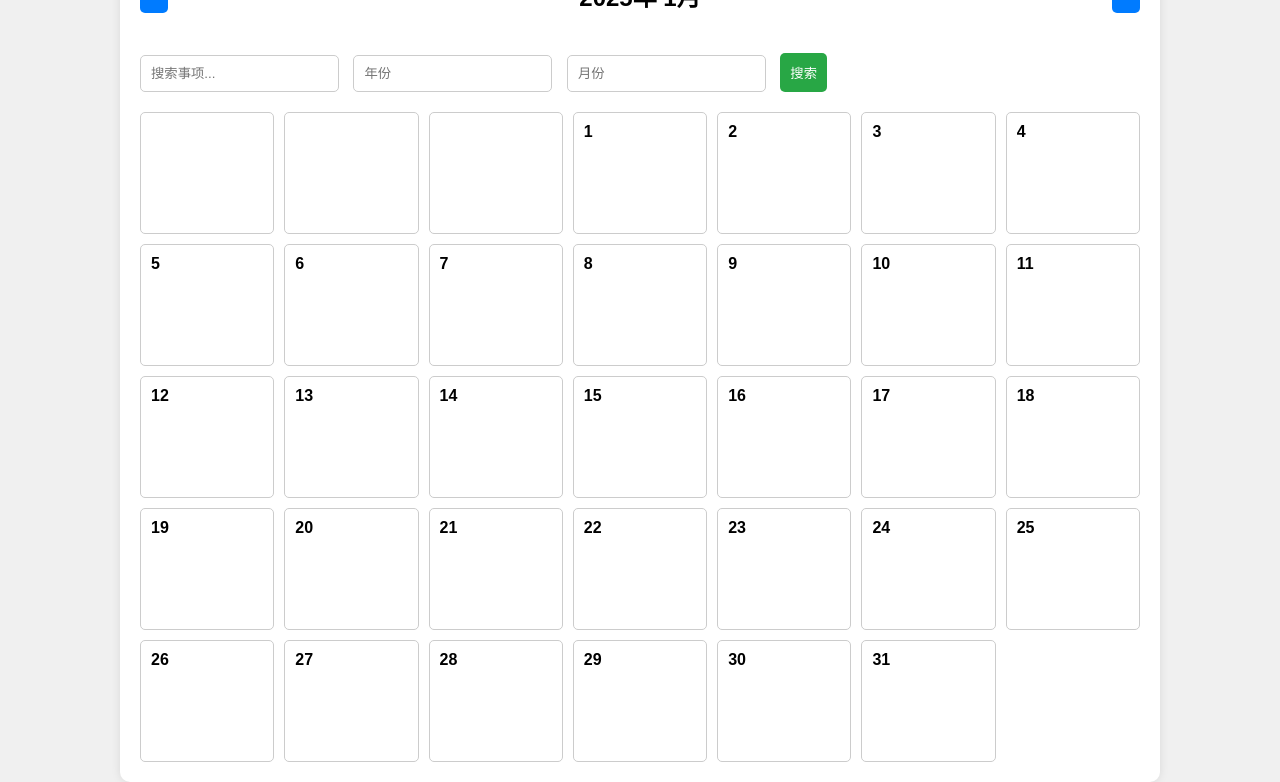
Repository: BUAAZFK/calendar_app
Page: http://localhost/
These files come from the project's save history. The page is drawn as it stood at one moment and after the next save; the edit follows.
The browser window is 1280 px wide. The pictures show the whole page.
The page is served by the project's application, run on Django 5.2 (manage.py). The database holds what the project's SQL file puts in it.

Above is the page before, as saved 2025-02-02 15:01:14.

After the next save:
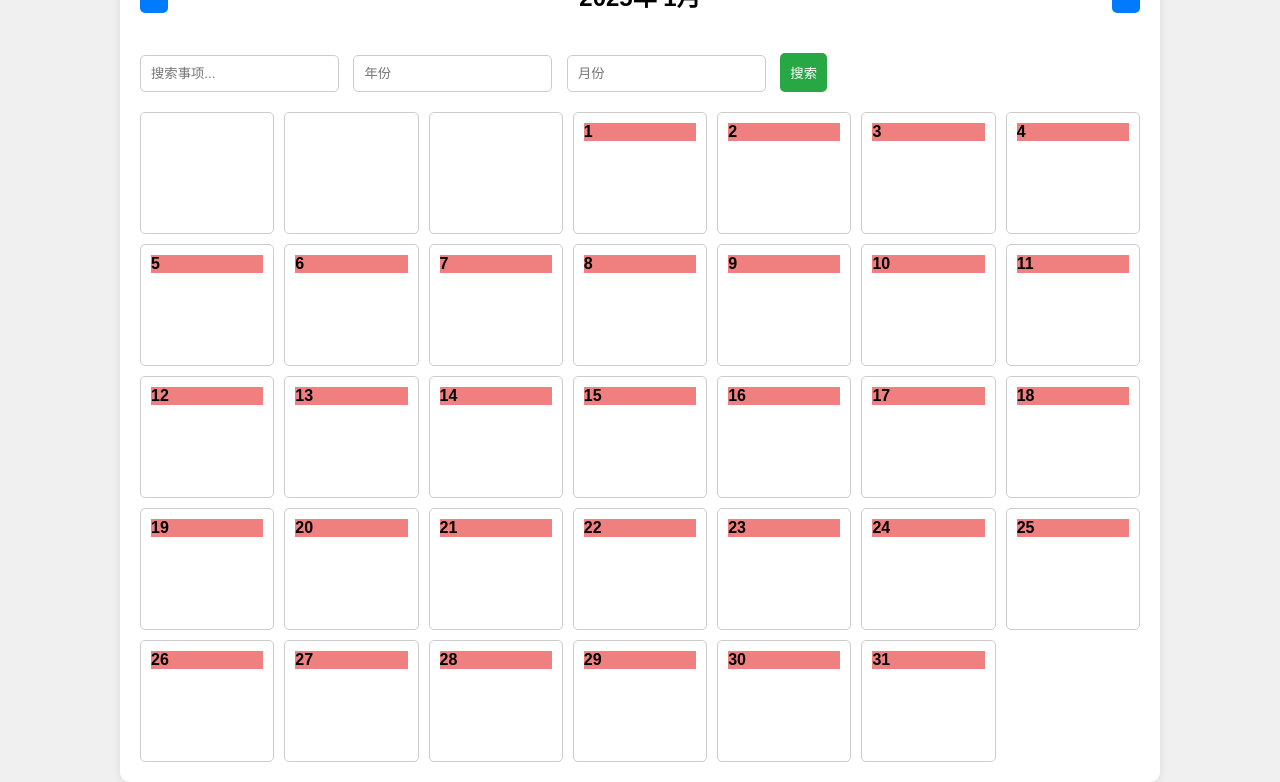
Saved 2 h 37 min later.
--- a/static/styles.css
+++ b/static/styles.css
@@ -197,3 +197,11 @@ form button:hover {
 #delete-event:hover {
     background-color: #c82333;
 }
+
+.red {
+    background-color: lightcoral;
+}
+
+.green {
+    background-color: lightgreen;
+}

After the save that followed:
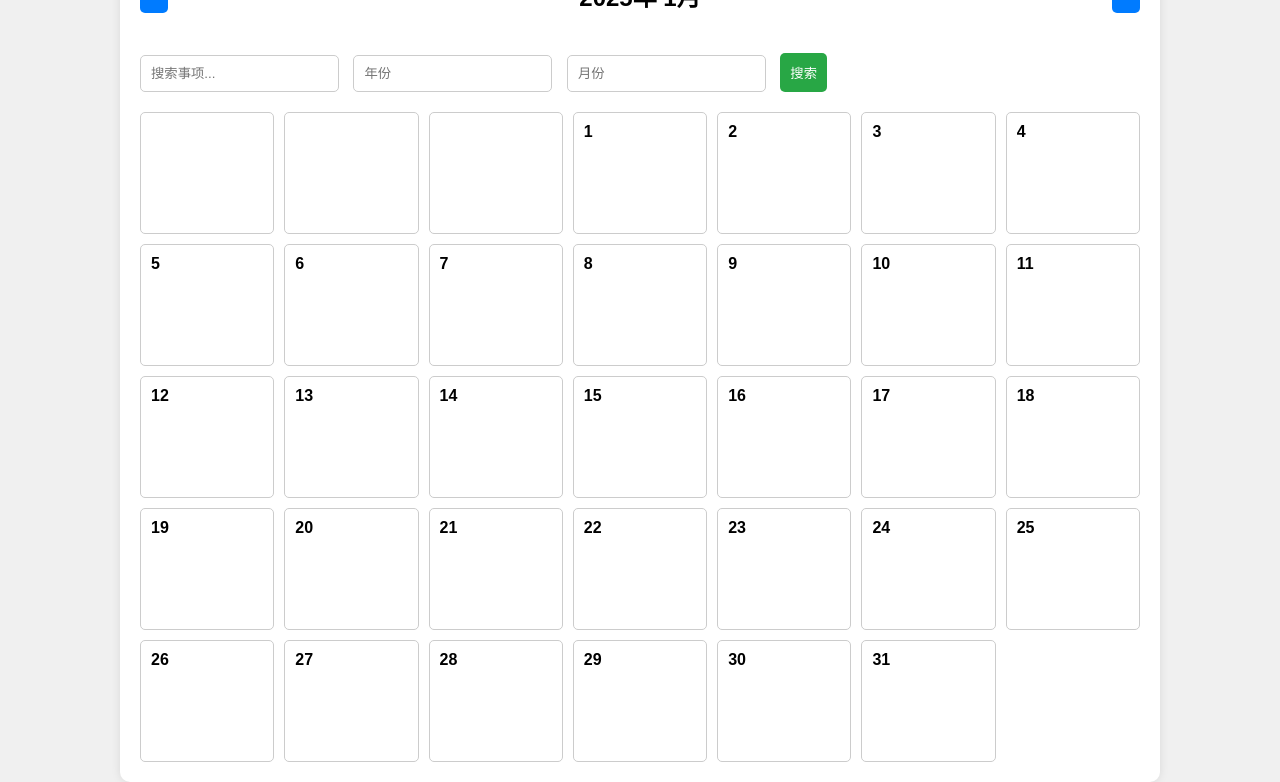
Saved 70 s later.
--- a/templates/calendar.html
+++ b/templates/calendar.html
@@ -63,8 +63,7 @@
                 </select>
                 <label for="victory-date">日期:</label>
                 <input type="date" id="victory-date" name="date" required>
-                <button type="submit" id="save-event">保存</button>
-                <button type="button" id="delete-event" style="display: none;">删除</button>
+                <button type="submit" id="save-victory">保存</button>
             </form>
         </div>
     </div>
@@ -94,6 +93,7 @@
         const eventDate = document.getElementById('event-date');
         const saveEventBtn = document.getElementById('save-event');
         const deleteEventBtn = document.getElementById('delete-event');
+        const saveVictoryBtn = document.getElementById('save-victory');
         const victoryDate = document.getElementById('victory-date');
         const victoryState = document.getElementById('victory-state');
 
@@ -134,8 +134,8 @@
                 if (tempVictory) {
                     state = tempVictory.state;
                 }
-                if (state) { color = 'green' }
-                else { color = 'red' }
+                if (state == 'True') { color = 'green' }
+                else if (state == 'False') { color = 'red' }
                 const dayNum = document.createElement('div');
                 dayNum.classList.add('date', color);
                 dayNum.textContent = i;
@@ -232,7 +232,6 @@
         }
 
         function openModalV(tempV, year, month, day) {
-            console.log('V', tempV);
             if (tempV.length != 0) {
                 victoryDate.value = tempV.date;
                 victoryState.value = tempV.state;
@@ -254,6 +253,7 @@
                 date: formData.get('date'),
                 state: formData.get('state')
             };
+            console.log(victoryData)
             fetch('/victory/save/', {
                 method: 'POST',
                 headers: {
@@ -266,7 +266,7 @@
             .then(data => {
                 if (data.status === 'success') {
                     renderCalendar(currentDate);
-                    closeModal.click();
+                    closeModalV.click();
                 }
             });
             // window.location.reload();
@@ -354,6 +354,11 @@
             saveEvent(e);
         });
 
+        victoryForm.addEventListener('submit', function (e) {
+            e.preventDefault();
+            saveVictory(e);
+        });
+
         renderCalendar(currentDate);
     </script>
     <!-- <script src="../static/script.js"></script> -->
